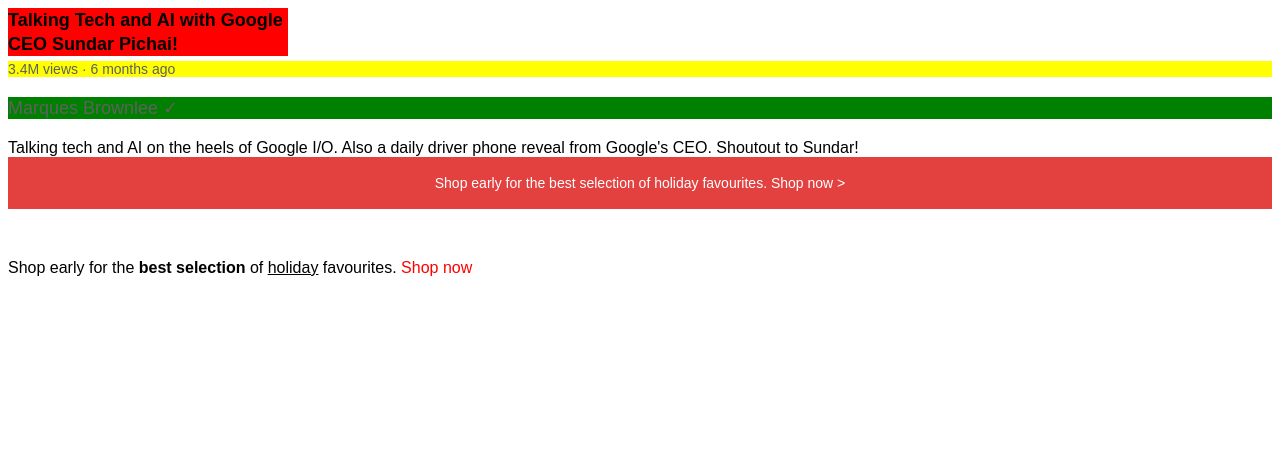
Repository: knowledgeAlan/html-css-five
Page: text.html
An editor plug-in stored every save of this project. The page is shown before and after the next save, followed by the edit.
The browser window is 1280 px wide. The pictures show the whole page.

Above is the page before, as saved 2024-02-28 19:11:40.

After the next save:
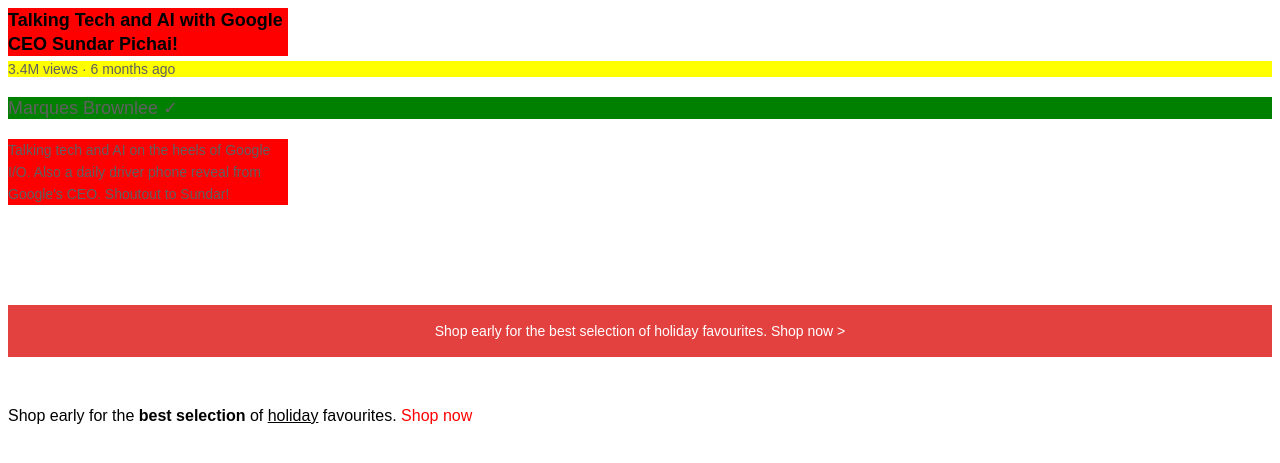
Saved 66 s later.
--- a/text.html
+++ b/text.html
@@ -82,7 +82,7 @@
     Marques Brownlee &#10003;
 </p>
 
-<p class="video-decription">
+<p class="video-description">
     Talking tech and AI on the heels of Google I/O. Also a daily driver phone reveal from Google's CEO. Shoutout to Sundar!
 </p>
 
